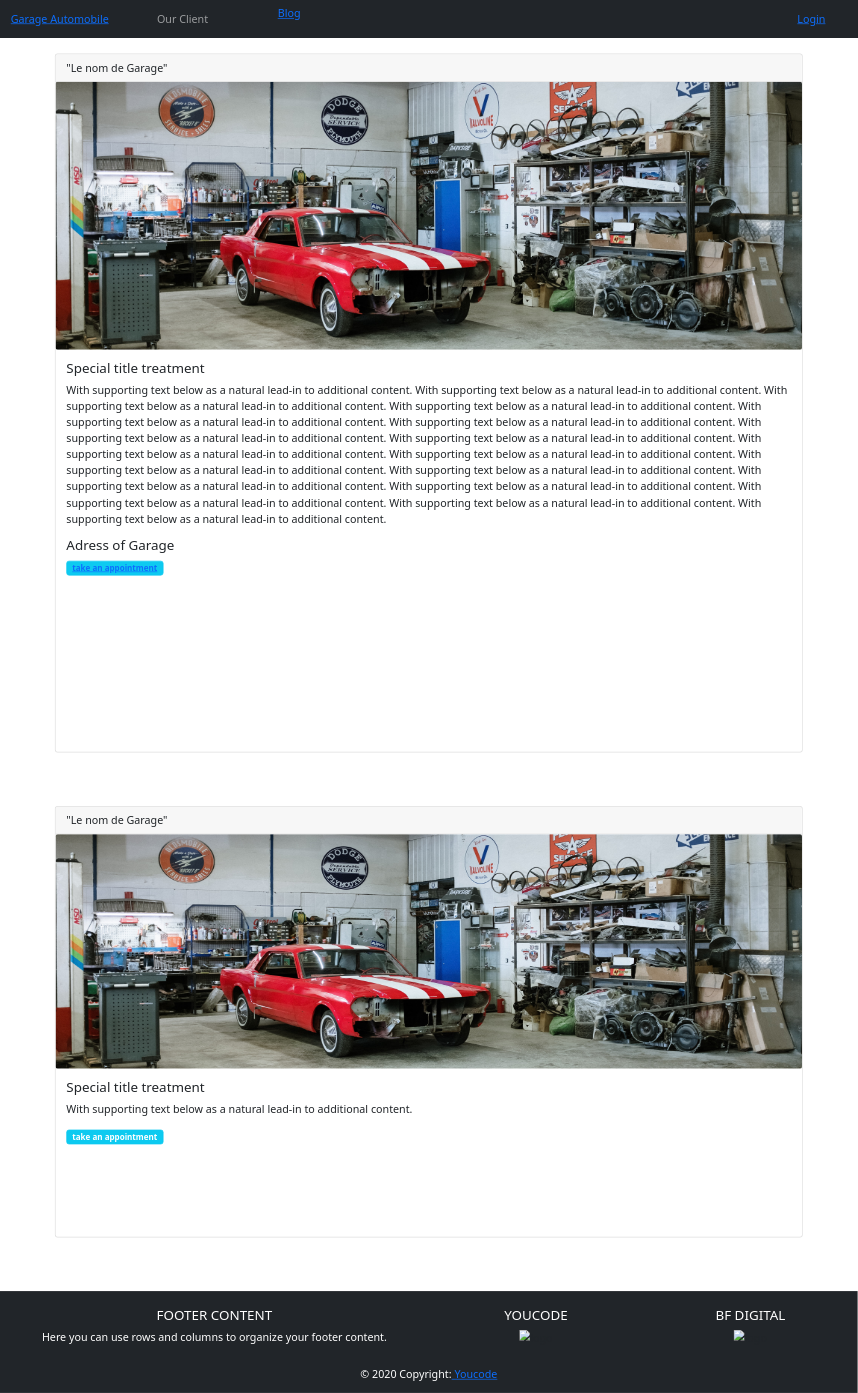
Repository: abdelhak-f/Fil-Rouge
Page: /blog (app in client/)
These files come from the project's save history. The page is drawn as it stood at one moment and after the next save; the edit follows.
The browser window is 1280 px wide. The pictures show the whole page, at 67% of full size.
The project was rebuilt for these pictures with package versions that can differ from the ones it lists, and the page was loaded fresh each time. Also part of the build but not shown: client/src/components/Text.jsx, client/src/components/forms/FirstFrontForm.jsx, client/src/components/Body.jsx, client/src/components/forms/FormGarage.jsx, client/src/components/loged/login/Login.jsx, client/src/components/loged/register/Register.jsx.

Above is the page before, as saved 2021-09-12 14:00:36.

After the next save:
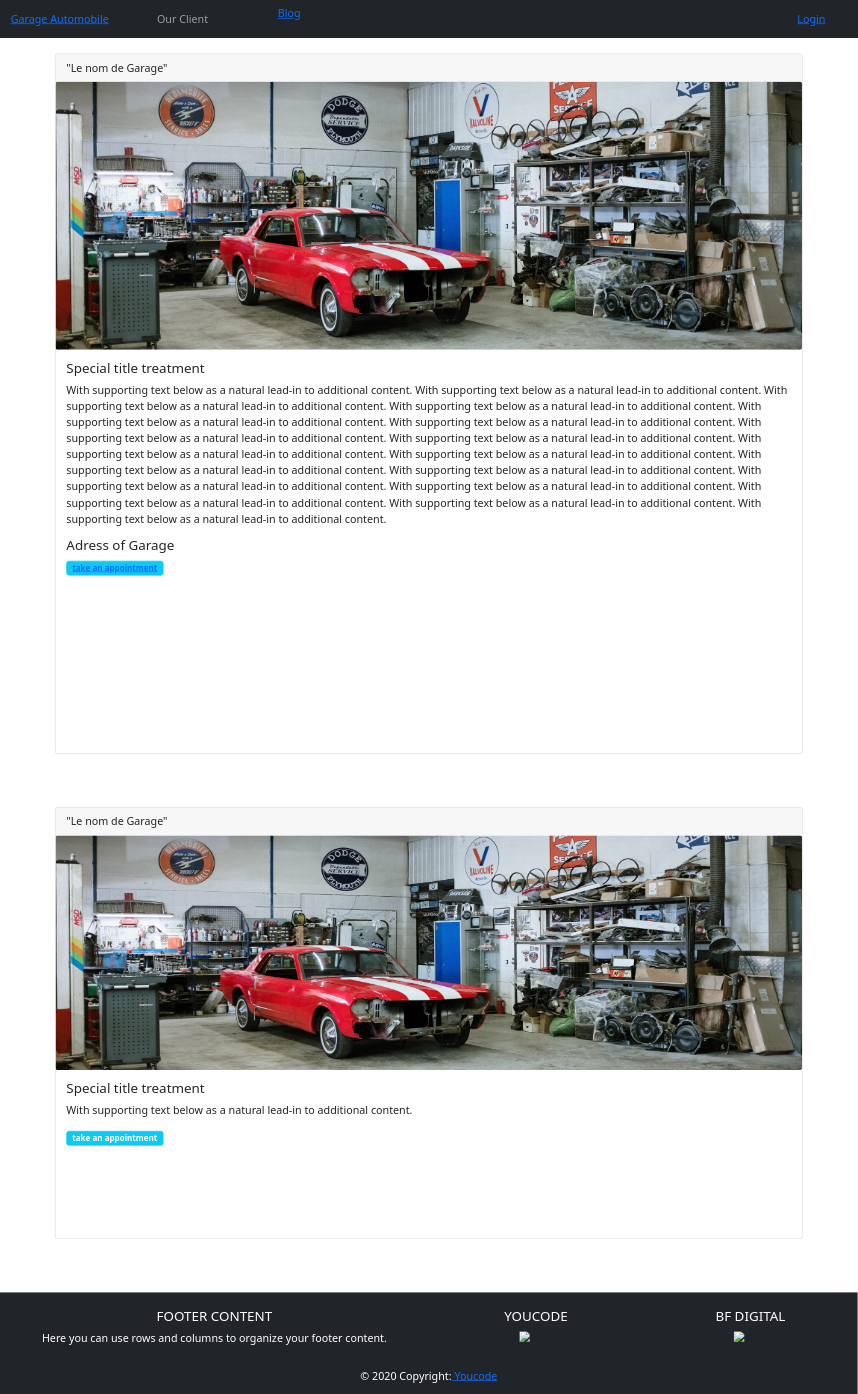
Saved 26 s later.
--- a/client/src/components/Blog.jsx
+++ b/client/src/components/Blog.jsx
@@ -19,7 +19,7 @@ function Blog() {
             style={{ height: '400px', weiht: '500px' }}
              src={image} />
             <Card.Body
-             style={{ height: '600px', weiht: '500px' }}
+             style={{ height: 'auto', weiht: '500px' }}
             >
             <Card.Title>Special title treatment</Card.Title>
             <Card.Text>

After the 2 saves that followed:
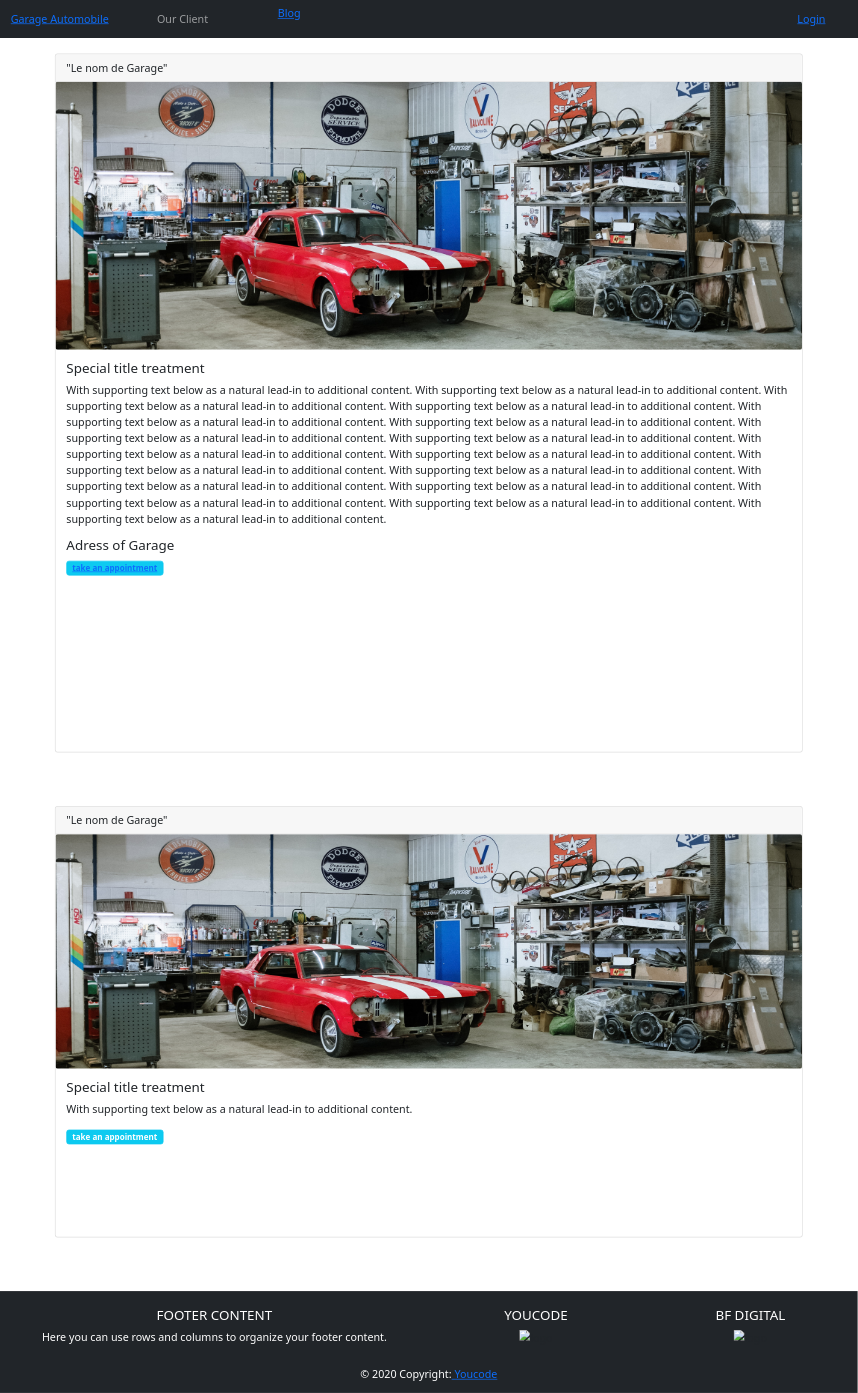
The 2 saves are shown as one change because 1 left the picture as it was.
The last was saved 3 min 30 s later.
--- a/client/src/components/Blog.jsx
+++ b/client/src/components/Blog.jsx
@@ -19,7 +19,7 @@ function Blog() {
             style={{ height: '400px', weiht: '500px' }}
              src={image} />
             <Card.Body
-             style={{ height: 'auto', weiht: '500px' }}
+             style={{ height: '600px', weiht: '500px' }}
             >
             <Card.Title>Special title treatment</Card.Title>
             <Card.Text>
